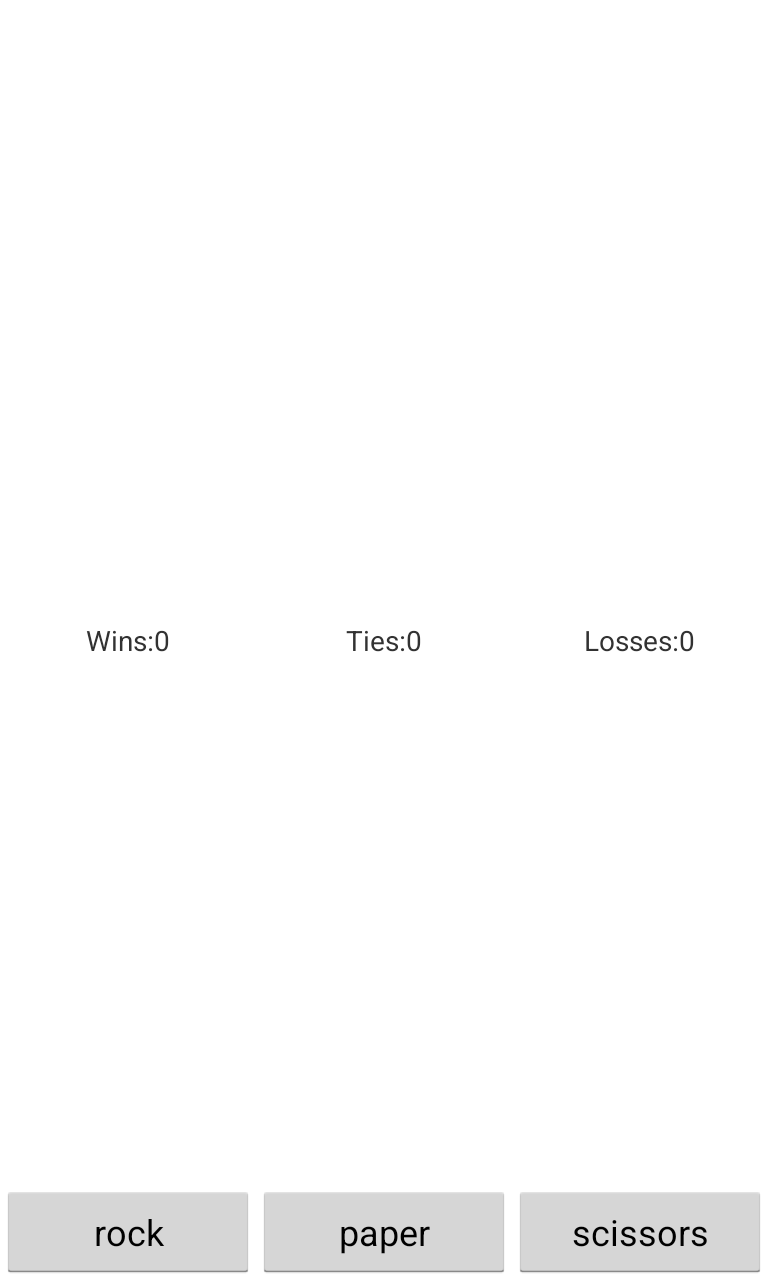
Repository: BU-HuangJ/angrybots_android_app
Layout: workspace/AngryBots/res/layout/activity_mini_game3.xml
An editor plug-in stored every save of this project. The layout is shown before and after the next save, followed by the edit.
It is drawn on a 768 x 1280 px phone screen (xhdpi) without system bars, with theme AppTheme; the app's code is not run.

Above is the layout before, as saved 2013-04-26 00:00:08.

### workspace/AngryBots/res/layout/activity_mini_game3.xml
<LinearLayout xmlns:android="http://schemas.android.com/apk/res/android"
    xmlns:tools="http://schemas.android.com/tools"
    android:layout_width="match_parent"
    android:layout_height="match_parent"
    android:orientation="vertical"
    tools:context=".MiniGame3" >

    <Button
        android:id="@+id/find_opponent_button"
        android:layout_width="fill_parent"
        android:layout_height="wrap_content"
        android:onClick="find_opponent"
        android:visibility="invisible"
        android:text="@string/find_opponent" />

    <TextView
	    android:id="@+id/p2_choice"
	    android:layout_width="fill_parent"
	    android:layout_height="0dp"
	    android:layout_weight="1"
		android:gravity="center"
	    android:text="" />

    <LinearLayout
        android:id="@+id/RPC_results"
	    android:layout_width="fill_parent"
	    android:layout_height="wrap_content"
	    android:baselineAligned="false"
	    android:orientation="horizontal" >

	    <LinearLayout
		    android:layout_width="0dp"
		    android:layout_height="wrap_content"
	    	android:layout_weight="1"
			android:gravity="center"
		    android:orientation="horizontal" >

		    <TextView
			    android:layout_width="wrap_content"
			    android:layout_height="wrap_content"
			    android:text="@string/rpc_wins" />

		    <TextView
	        	android:id="@+id/RPC_wins"
			    android:layout_width="wrap_content"
			    android:layout_height="wrap_content"
			    android:text="@string/zero" />

	    </LinearLayout>

	    <LinearLayout
		    android:layout_width="0dp"
		    android:layout_height="wrap_content"
	    	android:layout_weight="1"
			android:gravity="center"
		    android:orientation="horizontal" >

		    <TextView
			    android:layout_width="wrap_content"
			    android:layout_height="wrap_content"
			    android:text="@string/rpc_ties" />

		    <TextView
	        	android:id="@+id/RPC_ties"
			    android:layout_width="wrap_content"
			    android:layout_height="wrap_content"
			    android:text="@string/zero" />

	    </LinearLayout>

	    <LinearLayout
		    android:layout_width="0dp"
		    android:layout_height="wrap_content"
	    	android:layout_weight="1"
			android:gravity="center"
		    android:orientation="horizontal" >

		    <TextView
			    android:layout_width="wrap_content"
			    android:layout_height="wrap_content"
			    android:text="@string/rpc_losses" />

		    <TextView
	        	android:id="@+id/RPC_losses"
			    android:layout_width="wrap_content"
			    android:layout_height="wrap_content"
			    android:text="@string/zero" />

	    </LinearLayout>

    </LinearLayout>

    <TextView
	    android:id="@+id/p1_choice"
	    android:layout_width="fill_parent"
	    android:layout_height="0dp"
	    android:layout_weight="1"
		android:gravity="center"
	    android:text="" />

    <LinearLayout
        android:id="@+id/RPC_bot"
	    android:layout_width="fill_parent"
	    android:layout_height="wrap_content"
	    android:orientation="horizontal" >

        <Button
	        android:id="@+id/bot_rock"
	        android:layout_width="0dp"
	        android:layout_height="fill_parent"
	        android:layout_weight="1"
	        android:onClick="chooseRock"
	        android:text="@string/rock" />

        <Button
	        android:id="@+id/bot_paper"
	        android:layout_width="0dp"
	        android:layout_height="fill_parent"
	        android:layout_weight="1"
	        android:onClick="choosePaper"
	        android:text="@string/paper" />

        <Button
	        android:id="@+id/bot_scissors"
	        android:layout_width="0dp"
	        android:layout_height="fill_parent"
	        android:layout_weight="1"
	        android:onClick="chooseScissors"
	        android:text="@string/scissors" />

    </LinearLayout>

</LinearLayout>

### workspace/AngryBots/res/values/strings.xml
<?xml version="1.0" encoding="utf-8"?>
<resources>

    <string name="title_activity_human_home_page">HumanHomePage</string>
    <string name="login_screen_image">Login Screen Image</string>
    <string name="title_activity_main_menu">MainMenuActivity</string>
    <string name="app_name">angrybotsapp</string>
    <string name="hello_world">Hello world!</string>
    <string name="menu_settings">Settings</string>
    <string name="AngryBots_Profile">Angry Bots Profile</string>
    <string name="Leaderboard">Leaderboard</string>
    <string name="Achievements">Achievements</string>
    <string name="edit_message">Enter a message</string>
    <string name="button_send">Send</string>
    <string name="title_activity_angrybots_profile">AngrybotsProfile</string>
    <string name="title_activity_leaderboard">Leaderboard</string>
    <string name="title_activity_Achievements">Achievements</string>
    <string name="title_activity_achievements">Achievements</string>
    <string name="lerpzprofile">LerpzProfile</string>
    <string name="title_activity_options">Server</string>
    <string name="title_activity_edit">Map</string>
    <string name="title_activity_tab_sample">Settings</string>
    <string name="title_activity_mini_game">MiniGame</string>
    <string name="title_activity_add_point">AddPoint</string>
    <string name="title_activity_mappoint1">Mappoint1</string>
    <string name="title_activity_mappoint2">Mappoint2</string>
    <string name="title_activity_mappoint3">Mappoint3</string>
    <string name="title_activity_mappoint4">Mappoint4</string>
    <string name="title_activity_mappoint5">Mappoint5</string>
    <string name="title_activity_mappoint6">Mappoint6</string>
    <string name="title_activity_minigame_portal">MinigamePortal</string>
    <string name="title_activity_mini_game2">MiniGame2</string>
    <string name="app_title">Find The Imposter by Dylan Taylor</string>
    <string name="win_title">Congratulations!</string>
    <string name="win_message">You found the imposter!</string>
    <string name="ok">OK</string>
    <string name="lose_title">You Lose!</string>
    <string name="title_activity_human_wiki">HumanWiki</string>
    <string name="title_activity_mini_game3">MiniGame3</string>
    <string name="find_opponent">Search for an Opponent</string>
    <string name="rock">rock</string>
    <string name="paper">paper</string>
    <string name="scissors">scissors</string>
    <string name="rpc_wins">Wins: </string>
    <string name="rpc_ties">Ties: </string>
    <string name="rpc_losses">Losses: </string>
    <string name="zero">0</string>
    <string name="title_activity_robot_home_page">RobotHomePage</string>
    <string name="title_activity_robot_competition">RobotCompetition</string>
    <string name="title_activity_robot_leaderboard">RobotLeaderboard</string>
    <string name="action_settings">Settings</string>
    <string name="title_activity_robot_map">RobotMap</string>
    <string name="title_activity_robot_minigames">RobotMinigames</string>
    <string name="title_activity_robot_profile">RobotProfile</string>
    <string name="title_activity_robot_settings">RobotSettings</string>
    <string name="title_activity_robot_wiki">RobotWiki</string>

</resources>

Loaded but not shown: workspace/AngryBots/res/values/styles.xml (common file); workspace/AngryBots/res/values-v11/styles.xml (common file); workspace/AngryBots/res/values-v14/styles.xml (common file)

After the next save:
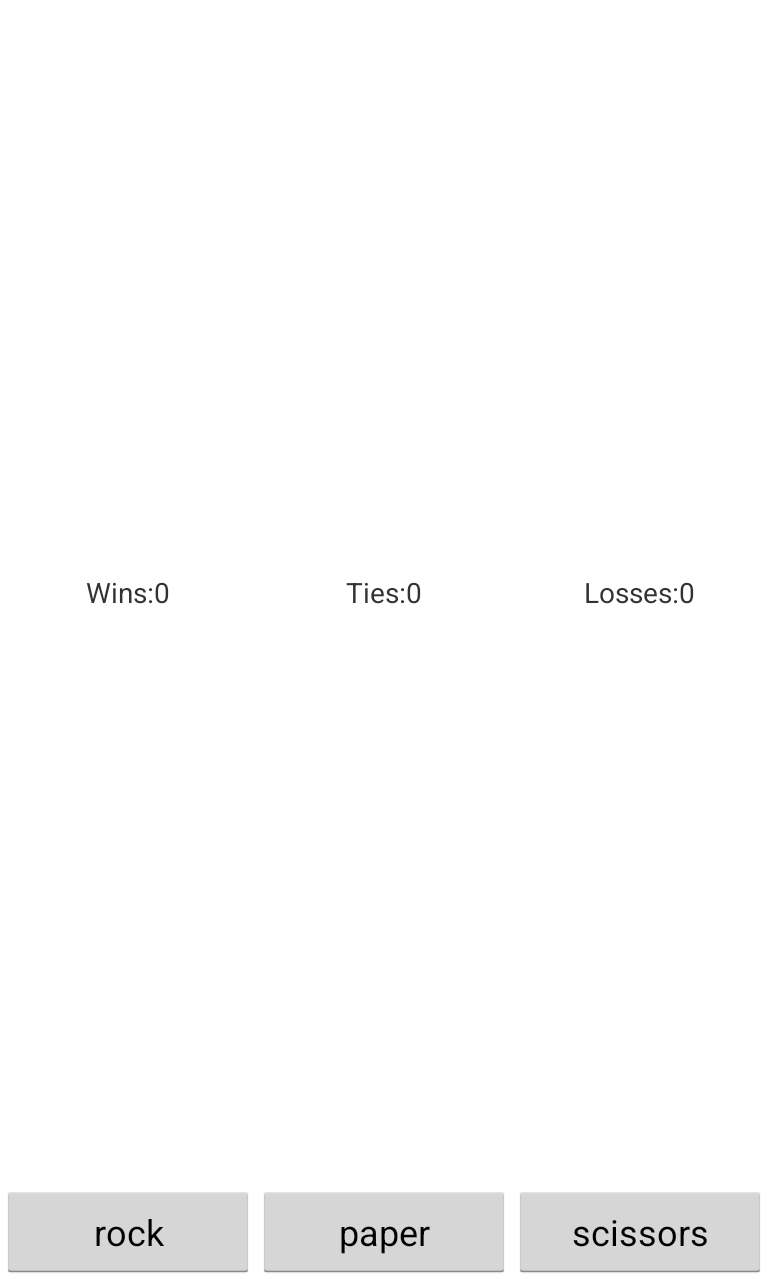
Saved 77 s later.
--- a/workspace/AngryBots/res/layout/activity_mini_game3.xml
+++ b/workspace/AngryBots/res/layout/activity_mini_game3.xml
@@ -10,7 +10,7 @@
         android:layout_width="fill_parent"
         android:layout_height="wrap_content"
         android:onClick="find_opponent"
-        android:visibility="invisible"
+        android:visibility="gone"
         android:text="@string/find_opponent" />
 
     <TextView
